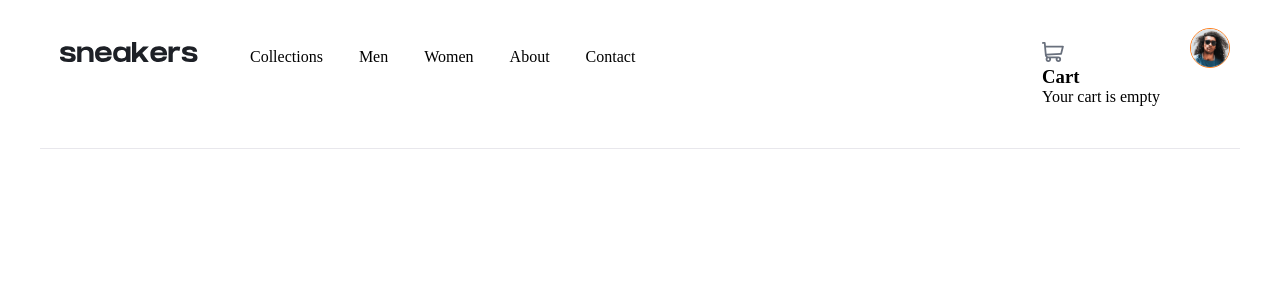
Repository: Bakyproit/Ecommerce
Page: index.html
These files come from the project's save history. The page is drawn as it stood at one moment and after the next save; the edit follows.
The browser window is 1280 px wide. The pictures show the whole page.
The style sheet was rebuilt from its Sass, Less or Tailwind sources for each picture, by a compiler version that may differ from the author's.

Above is the page before, as saved 2022-02-14 13:36:14.

After the next save:
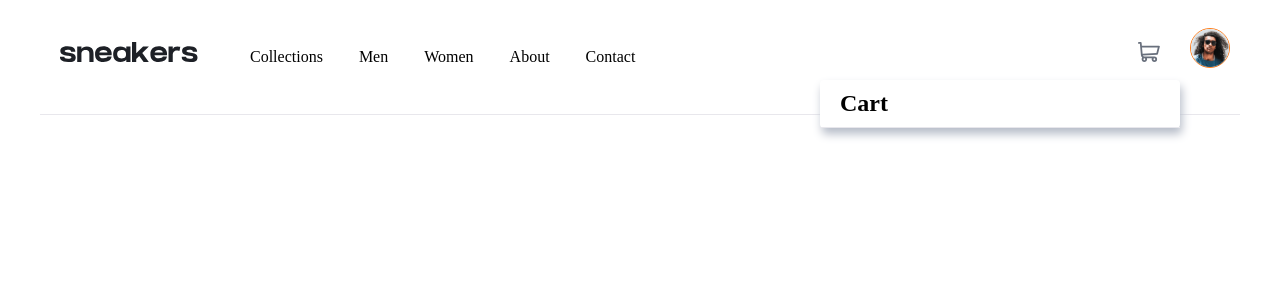
Saved 24 s later.
--- a/asset/sass/style.scss
+++ b/asset/sass/style.scss
@@ -45,7 +45,7 @@
         display: block;
     }
 
-    .cart-list{
+    .header-cart{
         width: 360px;
         position: absolute;
         top:70% ;
